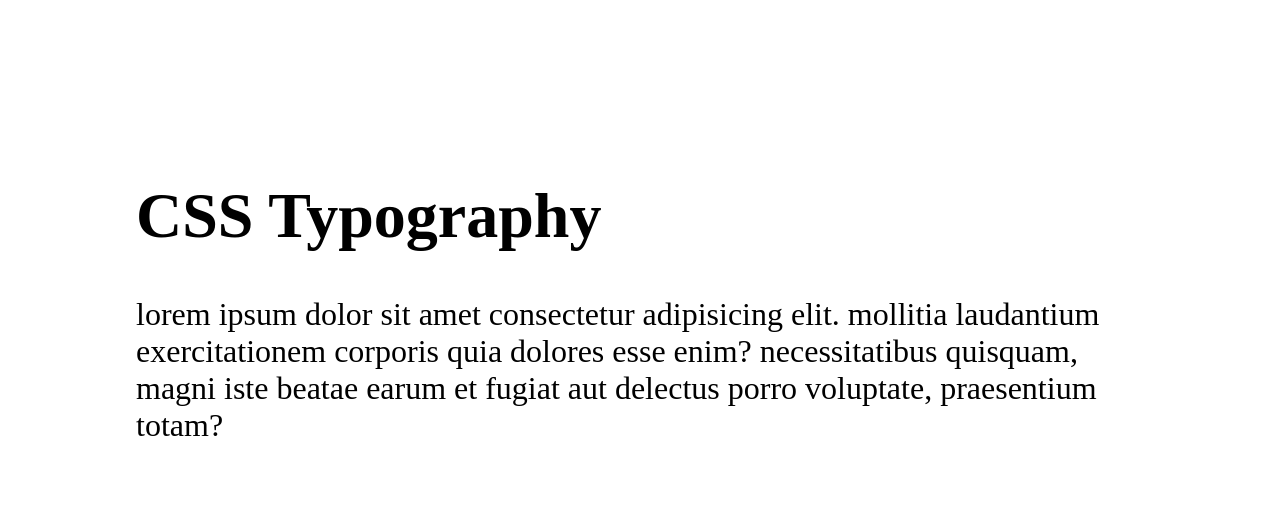
Repository: madhurik9999/Css
Page: index.html
These files come from the project's save history. The page is drawn as it stood at one moment and after the next save; the edit follows.
The browser window is 1280 px wide. The pictures show the whole page.

Above is the page before, as saved 2023-12-10 13:23:08.

After the next save:
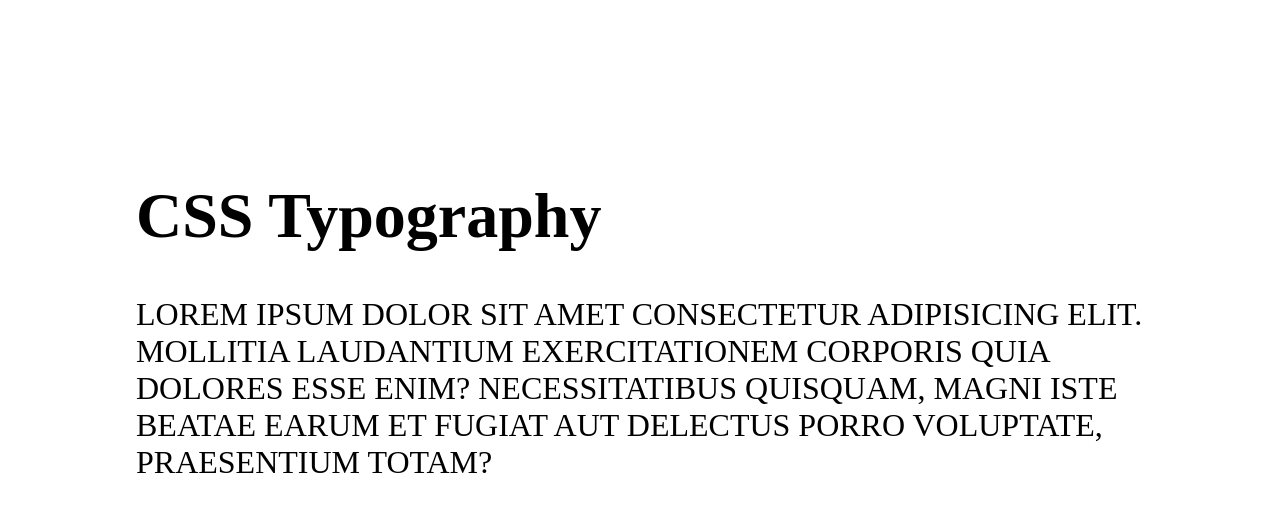
Saved 6 s later.
--- a/styles/style.css
+++ b/styles/style.css
@@ -10,5 +10,5 @@
 } */
 p {
     text-decoration: none;
-    text-transform: lowercase;
+    text-transform: uppercase;
 }
